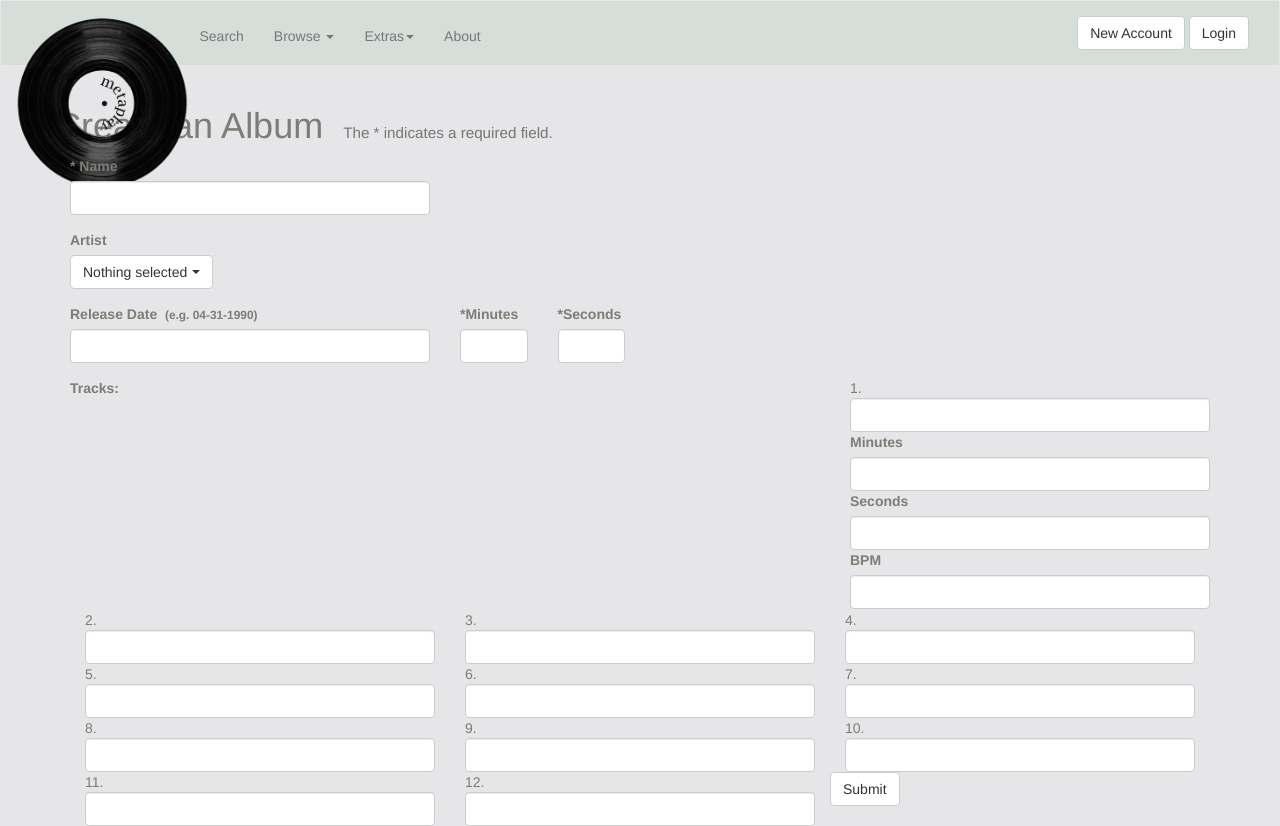
Repository: dRiott/Metaplay
Page: http://localhost/metaplay/WEB-INF/views/album_add.jsp
An editor plug-in stored every save of this project. The page is shown before and after the next save, followed by the edit.
The browser window is 1280 px wide. The pictures show the whole page.
Some web libraries are served in a nearby version. The page is served by Tomcat 9. Nobody is signed in. Other server files are loaded and not shown. The template is opened directly, without the code that normally fills it, so the values that code supplies are empty.

Above is the page before, as saved 2015-09-29 20:49:53.
Console error: TypeError: Cannot set properties of null (setting 'value')

### metaplay/src/main/webapp/WEB-INF/views/album_add.jsp
<%@ page language="java" contentType="text/html; charset=ISO-8859-1"
	pageEncoding="ISO-8859-1"%>
<%@ taglib uri="http://www.springframework.org/tags" prefix="spring"%>
<%@ taglib uri="http://www.springframework.org/tags/form" prefix="form"%>
<%@ taglib prefix="c" uri="http://java.sun.com/jsp/jstl/core"%>

<!DOCTYPE html>
<html>
<head>
<meta http-equiv="Content-Type" content="text/html; charset=ISO-8859-1">
<title>Album Manager</title>

<link rel="stylesheet" href="https://maxcdn.bootstrapcdn.com/bootstrap/3.3.4/css/bootstrap.min.css">
<link rel="stylesheet" href="<spring:url value="/resources/css/home.css"/>" type="text/css" />
<link rel="stylesheet" href="<spring:url value="/resources/css/bootstrap-select.min.css"/>" type="text/css" />
<script src="https://ajax.googleapis.com/ajax/libs/jquery/1.11.2/jquery.min.js"></script>
<script src="https://maxcdn.bootstrapcdn.com/bootstrap/3.3.4/js/bootstrap.min.js"></script>
<script src="<spring:url value="/resources/js/bootstrap-select.min.js"/>"></script>

</head>
<body>

	<jsp:include page="../views/fragments/landingPageFragment.jsp"></jsp:include>

	<div class="container">

		<div class="row">
			<h1>Create an Album&nbsp&nbsp<small><small>The * indicates a required field.</small></small></h1>
		</div>

		<spring:url value="/album/review" var="thisFormURL" />
		<form:form action="${thisFormURL}" method="post" modelAttribute="createAlbumWrapper" onsubmit="return validate(this);">
		<form:errors path="*" element="div" cssClass="errors"/>
	        	<div class="form-group">
					<div class="row">
						<div class="col-md-4">
							<label for="albumName">* Name</label>
							<form:input type="text" path="name" id="albumName" cssClass="form-control" cssErrorClass="has-error"/>
						</div>
					</div>
					<div class="form-group" style="float:clear;"></div>

						<!-- BEGIN Artist -->
					<div class="row">
						<div class="col-md-1">
							<label for="albumArtistName">Artist</label>
							<form:select path="artistFromList" cssClass="selectpicker" id="albumArtistName" >
								<form:options items="${artistOptions}" />
							</form:select>
						</div>
					</div>
					<div class="form-group" style="float:clear;"></div>
					<div class="form-group" id="newAlbumArtistName" style="display:none;">
						<hr/>
						<label for="newAlbumArtistName" style="font-style:italic;">New Artist:</label>
						<form:input cssClass="form-control" type="text" path="theNewArtist" id="newAlbumArtistNameInput" cssErrorClass="has-error" />
					<div class="form-group" style="float:clear;"></div>
						<label for="newAlbumArtistButton" style="font-style:italic;">Or...</label>
						<a href="<spring:url value="/artist/add"/>" class="btn btn-default">Go To Add Artist Page</a>
						<hr/>
					</div>
					<!-- END Artist -->

					<div class="form-group" style="float:clear;"></div>

					<div class="row">
						<div class="col-md-4">
							<label for="albumReleaseDate">Release Date&nbsp&nbsp<small>(e.g. 04-31-1990)</small></label>
							<form:input path="releaseDate" cssClass="form-control"
								id="albumReleaseDate" />
						</div>

						<div class="col-md-1">
							<label for="albumLengthMinutes">*Minutes</label>
							<form:input path="lengthMinutes" id="albumLengthSeconds"  cssClass="form-control"/>
						</div>

						<div class="col-md-1">
							<label for="albumLengthSeconds">*Seconds</label>
							<form:input path="lengthSeconds" id="albumLengthSeconds" cssClass="form-control"/>
						</div>
					</div>

					<div class="form-group" style="float:clear;"></div>

					<div class="row">
						<div class="col-md-8">
							<label for="albumTrack">Tracks: </label>
						</div>

						<div class="col-md-4">
							<span>1. </span>
							<form:input path="tracks[0].name" cssClass="form-control" id="albumTrack1" />
							<label for="trackLengthMinutes">Minutes</label>
							<form:input path="tracks[0].minutes" id="trackLengthMinutes"  cssClass="form-control"/>
							<label for="trackLengthSeconds">Seconds</label>
							<form:input path="tracks[0].seconds" id="trackLengthSeconds" cssClass="form-control"/>
							<label for="trackBpm">BPM</label>
							<form:input path="tracks[0].bpm" cssClass="form-control" id="trackBpm" />
						</div>
						<div class="col-md-1">
						</div>

						<div class="col-md-1">

						</div>
						<div class="col-md-1">

						</div>
						</div>
						<div class="col-md-4 showNextTrack">
							<span>2. </span>
							<form:input path="tracks[1].name" cssClass="form-control" id="albumTrack2" />
						</div>
						<div class="col-md-4 showNextTrack">
							<span>3. </span>
							<form:input path="tracks[2].name" cssClass="form-control" id="albumTrack3" />
						</div>
						<div class="col-md-4 showNextTrack">
							<span>4. </span>
							<form:input path="tracks[3].name" cssClass="form-control" id="albumTrack4" />
						</div>
						<div class="col-md-4">
							<span>5. </span>
							<form:input path="tracks[4].name" cssClass="form-control" id="albumTrack5" />
						</div>
						<div class="col-md-4">
							<span>6. </span>
							<form:input path="tracks[5].name" cssClass="form-control" id="albumTrack6" />
						</div>
						<div class="col-md-4">
							<span>7. </span>
							<form:input path="tracks[6].name" cssClass="form-control" id="albumTrack7" />
						</div>
						<div class="col-md-4 showNextTrack">
							<span>8. </span>
							<form:input path="tracks[7].name" cssClass="form-control" id="albumTrack8" />
						</div>
						<div class="col-md-4 showNextTrack">
							<span>9. </span>
							<form:input path="tracks[8].name" cssClass="form-control" id="albumTrack9" />
						</div>
						<div class="col-md-4 showNextTrack">
							<span>10. </span>
							<form:input path="tracks[9].name" cssClass="form-control" id="albumTrack10" />
						</div>
						<div class="col-md-4 showNextTrack">
							<span>11. </span>
							<form:input path="tracks[10].name" cssClass="form-control" id="albumTrack11" />
						</div>
						<div class="col-md-4" id="12">
							<span>12. </span>
							<form:input path="tracks[11].name" cssClass="form-control" id="albumTrack12" />
						</div>

						<div class="col-md-4" style="display:none;" id="13">
							<span>13. </span>
							<form:input path="tracks[12].name" cssClass="form-control" id="albumTrack13" />
						</div>
						<div class="col-md-4" style="display:none;" id="14">
							<span>14. </span>
							<form:input path="tracks[13].name" cssClass="form-control" id="albumTrack14" />
						</div>
						<div class="col-md-4" style="display:none;" id="15">
							<span>15. </span>
							<form:input path="tracks[14].name" cssClass="form-control" id="albumTrack15" />
						</div>
						<div class="col-md-4" style="display:none;" id="16">
							<span>16. </span>
							<form:input path="tracks[15].name" cssClass="form-control" id="albumTrack16" />
						</div>
						<div class="col-md-4" style="display:none;" id="17">
							<span>17. </span>
							<form:input path="tracks[16].name" cssClass="form-control" id="albumTrack17" />
						</div>
						<div class="col-md-4" style="display:none;" id="18">
							<span>18. </span>
							<form:input path="tracks[17].name" cssClass="form-control" id="albumTrack18" />
						</div>
						<div class="col-md-4" style="display:none;" id="19">
							<span>19. </span>
							<form:input path="tracks[18].name" cssClass="form-control" id="albumTrack19" />
						</div>
						<div class="col-md-4" style="display:none;" id="20">
							<span>20. </span>
							<form:input path="tracks[19].name" cssClass="form-control" id="albumTrack20" />
						</div>
						<div class="col-md-4" style="display:none;" id="21">
							<span>21. </span>
							<form:input path="tracks[20].name" cssClass="form-control" id="albumTrack21" />
						</div>
						<div class="col-md-4" style="display:none;" id="22">
							<span>22. </span>
							<form:input path="tracks[21].name" cssClass="form-control" id="albumTrack22" />
						</div>
						<div class="col-md-4" style="display:none;" id="23">
							<span>23. </span>
							<form:input path="tracks[22].name" cssClass="form-control" id="albumTrack23" />
						</div>
						<div class="col-md-4" style="display:none;" id="24">
							<span>24. </span>
							<form:input path="tracks[23].name" cssClass="form-control" id="albumTrack24" />
						</div>
						<div class="col-md-4" style="display:none;" id="25">
							<span>25. </span>
							<form:input path="tracks[24].name" cssClass="form-control" id="albumTrack25" />
						</div>
						<div class="col-md-4" style="display:none;" id="26">
							<span>26. </span>
							<form:input path="tracks[25].name" cssClass="form-control" id="albumTrack26" />
						</div>
						<div class="col-md-4" style="display:none;" id="27">
							<span>27. </span>
							<form:input path="tracks[26].name" cssClass="form-control" id="albumTrack27" />
						</div>
						<div class="col-md-4" style="display:none;" id="28">
							<span>28. </span>
							<form:input path="tracks[27].name" cssClass="form-control" id="albumTrack28" />
						</div>
						<div class="col-md-4" style="display:none;" id="29">
							<span>29. </span>
							<form:input path="tracks[28].name" cssClass="form-control" id="albumTrack29" />
						</div>
						<div class="col-md-4" style="display:none;" id="30">
							<span>30. </span>
							<form:input path="tracks[29].name" cssClass="form-control" id="albumTrack30" />
						</div>
					</div>

					<div class="form-group" style="float:clear;"></div>

					<button type="submit" class="btn btn-default">Submit</button>
				</div>
		</form:form>
	</div>

	<script src="<spring:url value="/resources/js/albumAddShowHide.js"/>"></script>

</body>
</html>

### metaplay/src/main/webapp/WEB-INF/views/fragments/landingPageFragment.jsp
<%@ taglib prefix="spring" uri="http://www.springframework.org/tags"%>
<%@ taglib prefix="c" uri="http://java.sun.com/jsp/jstl/core"%>
<%@ taglib uri="http://www.springframework.org/tags/form" prefix="form"%>

<nav class="navbar navbar-default">
	<div class="container-fluid drNavDiv">

		<!-- Logo -->
		<div class="imageLogoDiv" >
			<a class="navbar-brand" href="<spring:url value="/"/>">
				<img class="imageLogo logo" src="<spring:url value="/resources/img/vinylDark.gif" />" id="logo"	alt="logoDark.gif" style="width:auto\9"/>
				<img class="imageLogoLayer logo" src="<spring:url value="/resources/img/vinyl.gif" />" id="logoLightLayer" alt="logoLight.gif" style="width:auto\9"/>
			</a>
		</div>

		<!-- BEGIN HEADER LINKS -->
		<div class="DRnavBarDiv">
			<ul class="nav navbar-nav" style="padding-top: 10px;">

				<!-- Search -->
				<li><a id="searchLink" href="<spring:url value="/search"/>">Search</a></li>

				<!-- Browse -->
				<li class="dropdown"><a href="#" class="dropdown-toggle"
					data-toggle="dropdown" role="button" aria-expanded="false">Browse <span class="caret"></span></a>
					<ul class="dropdown-menu" role="menu">
						<li><a href="<spring:url value="/browse/accounts"/>">Accounts</a></li>
						<li><a href="<spring:url value="/browse/albums"/>">Albums</a></li>
						<li><a href="<spring:url value="/browse/artists"/>">Artists</a></li>
						<li><a href="<spring:url value="/browse/genres"/>">Genres</a></li>
						<li><a href="<spring:url value="/browse/locations"/>">Locations</a></li>
						<li><a href="<spring:url value="/browse/members"/>">Members</a></li>
						<li><a href="<spring:url value="/browse/playlists"/>">Playlists</a></li>
						<li><a href="<spring:url value="/browse/recordlabels"/>">Record Labels</a></li>
						<li><a href="<spring:url value="/browse/tracks"/>">Tracks</a></li>
					</ul>
				</li>

				<!-- More -->
				<li class="dropdown"><a href="#" class="dropdown-toggle"
					data-toggle="dropdown" role="button" aria-expanded="false">Extras<span class="caret"></span></a>
					<ul class="dropdown-menu" role="menu">
						<li><a href="<spring:url value="/payment/process"/>">Payment</a></li>
						<li><a href="<spring:url value="/role/add"/>">Roles</a></li>
					</ul>
				</li>

				<!-- About -->
				<li><a href="<spring:url value="/about"/>">About</a></li>

			</ul>
		</div>

		<!-- Accountname / New Account, Logout -->
		<c:set var="authentication" value="${pageContext.request.userPrincipal}"/>
		<c:choose>
			<c:when test="${authentication!=null}">
				<c:set var="currentUser" value="${authentication.name}"/>
				<c:url var="logoutUrl" value="/logout"/>
				<!-- Form MUST BE A POST TO PROTECT AGAINST CROSS-SITE REQUEST FORGERY -->
				<form:form class="navbar-form pull-right" action="${logoutUrl}" method="post">
					<input type="submit" class="btn btn-default drHeaderButton" value="Logout" />
				</form:form>
				<p class="navbar-text pull-right">
					<c:out value="${currentUser}"/>
				</p>
			</c:when>
			<c:otherwise>
				<p class="navbar-text pull-right">
					<c:url value="/account/add" var="accountAddUrl"/>
					<c:url value="/account/login" var="loginUrl"/>
					<a href="${accountAddUrl}" class="btn btn-default drHeaderButton">New Account</a>
					<a href="${loginUrl}" class="btn btn-default drHeaderButton">Login</a>
				</p>
			</c:otherwise>
		</c:choose>

	</div>
</nav>

### metaplay/src/main/webapp/resources/css/home.css
/**
The padding for the main containers are all set with javascript in footer.js based on the position of the Search nav item.
*/

html {
    /*prevents horizontal scrolling*/
    max-width: 100%;
    overflow-x: hidden;
}

body {
	background: #e6e5e7 fixed bottom right no-repeat;
	background-size: 500px Auto;
	font-family: Helvetica Neue, Helvetica, Arial, sans-serif;
    color: #7E7C77;

    /*prevents horizontal scrolling*/
    max-width: 100%;
    overflow-x: hidden;
}

audio {
    background-color: #EEEEEE;
}

/* hr elements appear on browsing pages, and occasionally add pages. */
hr {
    margin-left:0;
    width: 40%;
}

/* styling of the anchor tags */
a {
  text-decoration: inherit;
  font-style: inherit;
  color: #6c9985;
}

a:hover {
 text-decoration: underline;
 color: #618975;
}

/* a:visited {
	border: none;
	text-decoration: none;
	font-style: normal;
	color: #FC9D9A;
} */

/* e.g. on about.jsp */
a.mono {
    font-family: monospace, sans-serif;
    font-style: italic;
}

/* any input box -- set to change the shadow and border */
.form-control:focus {
  border-color: #99B2B7;
  box-shadow: inset 0 1px 1px rgba(0, 0, 0, 0.075), 0 0 8px rgba(153,178,183, 0.6);
}

/* h1 at the top of almost every page. */
.dH1 {
    font-family: Helvetica Neue, Helvetica, Arial, sans-serif;
    font-style: italic;
    color: #7E7C77;
    /* slategray; Pachyderm by Yasmino: #7A6A53 */
}

.drHeaderButton {
	/* css for the buttons in the header navbar*/
}

/* header nav bar! */
.drNavDiv {
	/*
	dark grey blue: C5E0DC
	grey green: #D5DED9
	bond: #D5DED9
	current fave: #C5E0DC
	*/
	background-color:#D5DED9;
	color: #948C75;
}

/* used for notifying the user of certain privileges they don't have if they're not logged in or have the right role. */
.drSecurity {
    font-family: monospace, sans-serif;
    font-style: italic;
    color: #7E7C77;
}


/* any span used for slight horizontal spacing */
.dSpan {
    padding-left: 10px;
}

/* spacing to clear left of the logo */
.DRnavBarDiv{
	padding-left: 13.5%;
}

/* div containing the logo */
.imageLogoDiv{
	display:block;
	clear:right;
}

/* logo itself: under-layer */
.imageLogo {
	width:13.5%;
	max-width:180px;
	position: absolute;
    clear: both;
   	height:auto;

    /* Spin only the record, not the glossy logoLayer.*/
	-webkit-animation:spin 4s linear infinite;
    -moz-animation:spin 4s linear infinite;
    animation:spin 4s linear infinite;
}

/* Spin the Logo! */
@-moz-keyframes spin { 100% { -moz-transform: rotate(360deg); } }
@-webkit-keyframes spin { 100% { -webkit-transform: rotate(360deg); } }
@keyframes spin { 100% { -webkit-transform: rotate(360deg); transform:rotate(360deg); } }

/* the lighter logo layer on top of the logo*/
.imageLogoLayer {
	width:13.5%;
	opacity: .4;
	max-width:180px;
    position: absolute;
    clear: both;
   	height:auto;
}

/* This class is added to tables that I wanted to not take up all of the page. Now, they look nicer. */
.browseTable {
	width: 80%;
}

/* This handles the ?error url param for incorrect account/password combinations,
	 and also #messageDiv on the single_playlist.jsp */
.error {
    font-family: monospace, sans-serif;
    font-style: italic;
    padding: 15px;
    margin-bottom: 20px;
    border: #ebccd1 1px solid;
    border-radius: 4px;
    color: #E08E79;
    background-color: #f2dede;
}

/* This handles the ?logout url param for the index page,
	and also #messageDiv on the single_playlist.jsp */
.msg {
	margin-left: 15px;
	padding: 15px;
	border: #b3bcba 1px solid;
	border-radius: 4px;
	color: #7E7C77;
	background-color: #D5DED9;
}

/* this class is added to the body of pages that need to have their positioning changed on page load.
	they are first repositioned as invisible to the page, then they are revealed (this class is removed) */
.delayedReveal {
    visibility: hidden;
}

/* override the default hightlight color */
::selection {
  background: #ffb7b7; /* WebKit/Blink Browsers */
}
::-moz-selection {
  background: #ffb7b7; /* Gecko Browsers */
}

### metaplay/src/main/webapp/resources/js/albumAddShowHide.js

$(document).ready(function () {

	//Artist Options "Other" Box Hide/Unhide
	var selectOtherAR = $("#albumArtistName");
	selectOtherAR.change(function(){
		var inputBoxAR = $("#newAlbumArtistName");
		var artistAddButton = $("#newAlbumArtistAddButton");
		if(selectOtherAR.val()=="** New Artist **") {
			inputBoxAR.show();
			artistAddButton.show();
		} else {
			inputBoxAR.hide();
			artistAddButton.hide();
		}
	});

	// new record label show/hide
	var selectOtherRL = $("#recordLabelName");
	selectOtherRL.change(function(){
		var inputBoxRL = $("#newRecordLabelName");
		var recordLabelLocationDiv = $("#newRecordLabelLocation");
		var hr1 = $("#recordLabelHr1");
		var hr2 = $("#recordLabelHr2");
		var newCountryDiv = $("#newCountryDiv");

		if(selectOtherRL.val()=="** New Record Label **") {
			inputBoxRL.show();
			recordLabelLocationDiv.show();
			hr1.show();
			hr2.show();
			newCountryDiv.show();
		} else {
			inputBoxRL.hide();
			recordLabelLocationDiv.hide();
			hr1.hide();
			hr2.hide();
			newCountryDiv.hide();
		}
	}); //end record label on change

	var rlCountries = $("#rlCountries");
	if(rlCountries.val()=="** New Country **") {
		console.log("new country");

	}

	rlCountries.change(function() {
		var newCountry = $("#rlCountry");
		var rlState = $("#rlState");
		var city = $("#recordLabelCity");

		if(rlCountries.val()=="United States") {
			rlState.show();
			newCountry.hide();
			city.attr("placeholder", "Birmingham");
		} else if (rlCountries.val()=="** New Country **") {
			city.focus();
			city.blur(function () {
				newCountry.focus()
			})

			rlState.hide();
			newCountry.attr("placeholder", "England");
			newCountry.show();
			city.attr("placeholder", "London");
		} else {
			rlState.hide();
			newCountry.hide();
		}
	});


	//gets rid of the Album Length zeros on load
	$("#albumMinutes").val("");
	$("#albumSeconds").val("");

	//gets rid of the zeros on load
	for(var i = 1; i<31; i++){
		var minutesId = "minutes" + i;
		var minutes = document.getElementById(minutesId);
		minutes.value = "";
		var secondsId = "seconds" + i;
		var seconds = document.getElementById(secondsId);
		seconds.value = "";
		var bpmId = "bpm" + i;
		var bpm = document.getElementById(bpmId);
		bpm.value = "";
	}

}); // end document.ready

//repopulates the zeros to prevent number format error
function ensureVoidsAreZeroes() {
	var bpms = $(".bpm");
	for(var i = 1; i<31; i++){
		var minutesId = "minutes" + i;
		var minutes = document.getElementById(minutesId);
		if(minutes.value == "") {
			minutes.value = 0;
		};
		var secondsId = "seconds" + i;
		var seconds = document.getElementById(secondsId);
		if(seconds.value == "") {
			seconds.value = 0;
		};
		var bpmId = "bpm" + i;
		var bpm = document.getElementById(bpmId);
		if(bpm.value == "") {
			bpm.value = 0;
		};
	}

	var albumMinutes = document.getElementById("albumMinutes");
	if(albumMinutes.value == "") {
		albumMinutes.value = 0;
	};
	var albumSeconds = document.getElementById("albumSeconds");
	if(albumSeconds.value == "") {
		albumSeconds.value = 0;
	};
}

//scrolls the window down as a new track is shown.
function reveal(id) {
	id += 1;
	element = document.getElementById(id);
	element.style.display="inline";
	if(id>2) {
//		window.scrollTo(0,document.body.scrollHeight);
		scrollToElement(element, 1000);
	}
}

var scrollToElement = function(element, ms){
    var speed = (ms) ? ms : 600;
    $('html,body').animate({
        scrollTop: $(element).offset().top
    }, speed);
}

// specify id of element and optional scroll speed as arguments

Loaded but not shown: metaplay/src/main/webapp/resources/css/bootstrap-select.min.css (library); metaplay/src/main/webapp/resources/js/bootstrap-select.min.js (library)

After the next save:
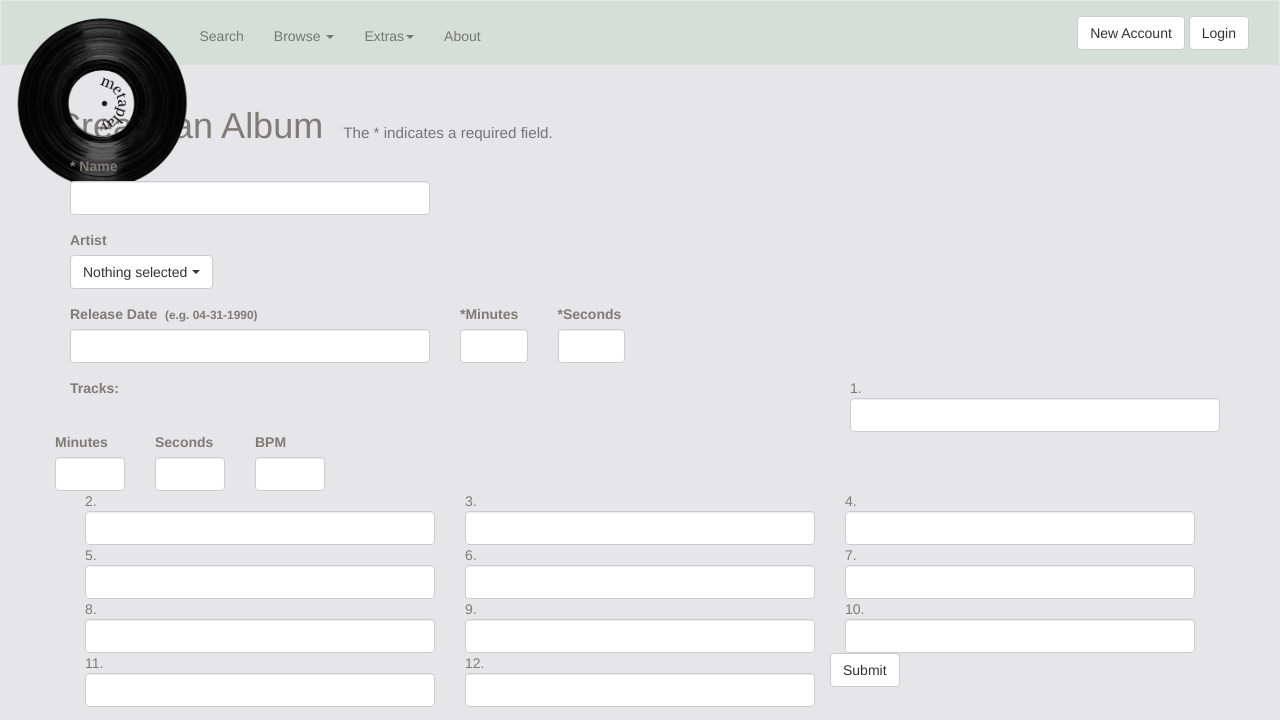
Saved 39 s later.
--- a/metaplay/src/main/webapp/WEB-INF/views/album_add.jsp
+++ b/metaplay/src/main/webapp/WEB-INF/views/album_add.jsp
@@ -88,24 +88,24 @@
 							<label for="albumTrack">Tracks: </label>
 						</div>
 
-						<div class="col-md-4">
+						<div class="row">
+						<div class="col-md-4 showNextTrack">
 							<span>1. </span>
 							<form:input path="tracks[0].name" cssClass="form-control" id="albumTrack1" />
+						</div>
+						<div class="col-md-1">
 							<label for="trackLengthMinutes">Minutes</label>
 							<form:input path="tracks[0].minutes" id="trackLengthMinutes"  cssClass="form-control"/>
+						</div>
+
+						<div class="col-md-1">
 							<label for="trackLengthSeconds">Seconds</label>
 							<form:input path="tracks[0].seconds" id="trackLengthSeconds" cssClass="form-control"/>
+						</div>
+						<div class="col-md-1">
 							<label for="trackBpm">BPM</label>
 							<form:input path="tracks[0].bpm" cssClass="form-control" id="trackBpm" />
 						</div>
-						<div class="col-md-1">
-						</div>
-
-						<div class="col-md-1">
-
-						</div>
-						<div class="col-md-1">
-
 						</div>
 						</div>
 						<div class="col-md-4 showNextTrack">
